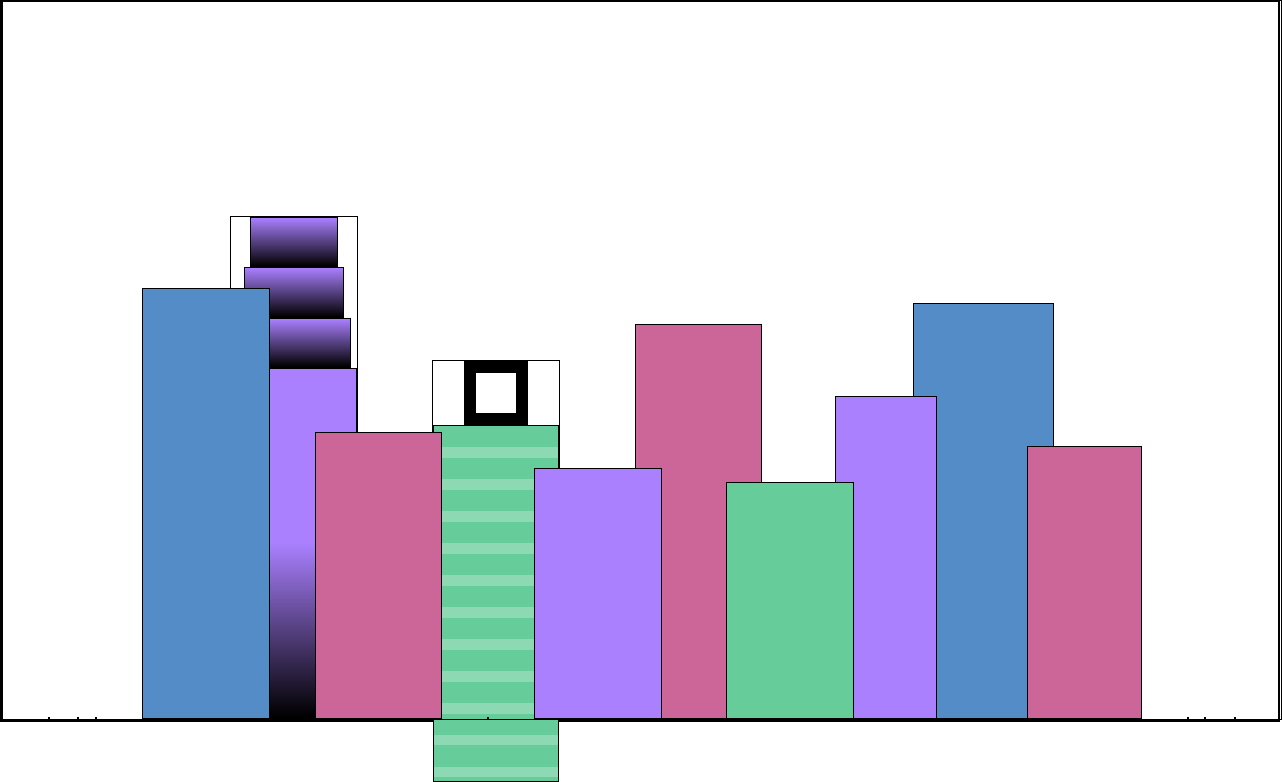
Repository: Lungdjos/city_skyline
Page: index.html
An editor plug-in stored every save of this project. The page is shown before and after the next save, followed by the edit.
The browser window is 1280 px wide. The page is 1282 px wide, so the pictures cover 1282 px, including what lies to the right of the window. The pictures show the whole page.

Above is the page before, as saved 2023-12-12 10:50:40.

After the next save:
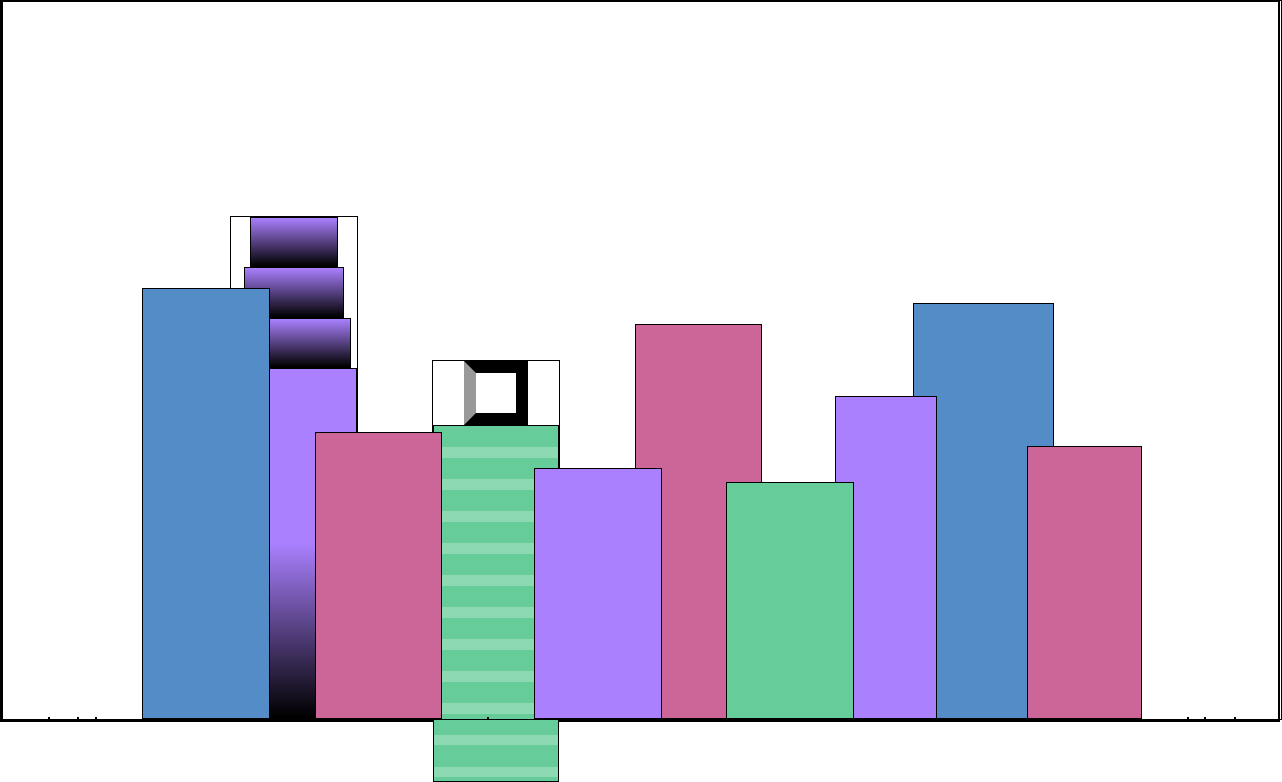
Saved 4 s later.
--- a/styles.css
+++ b/styles.css
@@ -74,7 +74,7 @@ body {
     height: 5vw;
     border-top: 1vw solid #000;
     border-bottom: 1vw solid #000;
-    border-left: 1vw solid #000;
+    border-left: 1vw solid #999;
     border-right: 1vw solid #000;
 }
 
